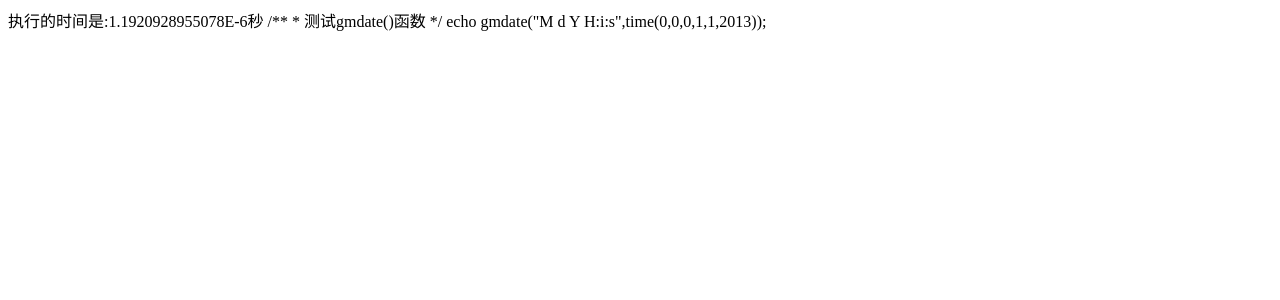
Repository: ljcan/PHP_Scripts
Page: http://localhost/src/new_file05.php
These files come from the project's save history. The page is drawn as it stood at one moment and after the next save; the edit follows.
The browser window is 1280 px wide. The pictures show the whole page.
The page is run by PHP 8.4 with error messages shown; the project is at /var/www/html/.

Above is the page before, as saved 2017-07-03 15:06:45.

### myjavascript_file/myphp/src/new_file05.php
<!DOCTYPE html PUBLIC "-//W3C//DTD HTML 4.01//EN"
"http://www.w3.org/TR/html4/strict.dtd">

<html xmlns="http://www.w3.org/1999/xhtml" lang="en">
    <head>
        <meta http-equiv="Content-Type" content="text/html; charset=utf-8" />
        <title>PHP中microtime函数测试</title>
        <meta name="author" content="Shinelon" />
        <!-- Date: 2017-07-03 -->
    </head>
    <body>
	<?php
	$a=1;
	$starttime=microtime(true);     //获取开始懂得时间，后面的参数是可选参数
	for($i=0;$i<2000;$i++){      //microtime函数返回的是当前Unix时间戳和微秒数
		$a++;
	}
	$endtime=microtime(true);        //获取结束的时间
	echo "执行的时间是:".($endtime-$starttime)."秒"."\n";
	?>
	/**
	 * 测试gmdate()函数
	 */
	echo gmdate("M d Y H:i:s",time(0,0,0,1,1,2013));
    </body>
</html>

After the next save:
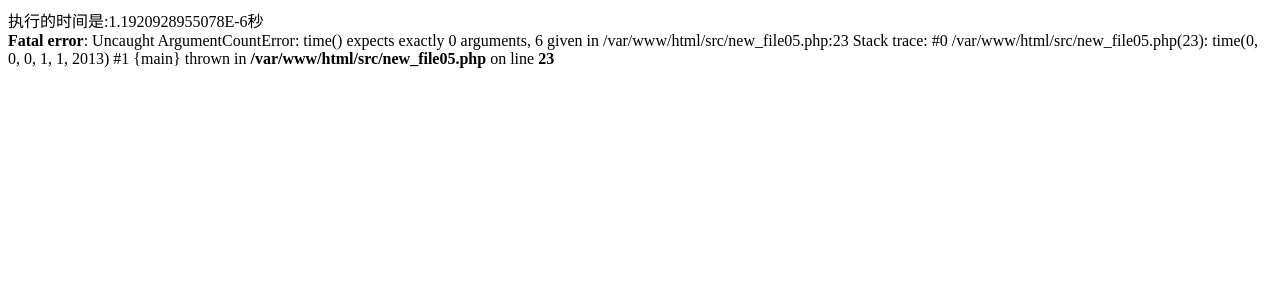
Saved 31 s later.
--- a/myjavascript_file/myphp/src/new_file05.php
+++ b/myjavascript_file/myphp/src/new_file05.php
@@ -17,10 +17,10 @@
 	}
 	$endtime=microtime(true);        //获取结束的时间
 	echo "执行的时间是:".($endtime-$starttime)."秒"."\n";
-	?>
 	/**
 	 * 测试gmdate()函数
 	 */
 	echo gmdate("M d Y H:i:s",time(0,0,0,1,1,2013));
+	?>
     </body>
 </html>
